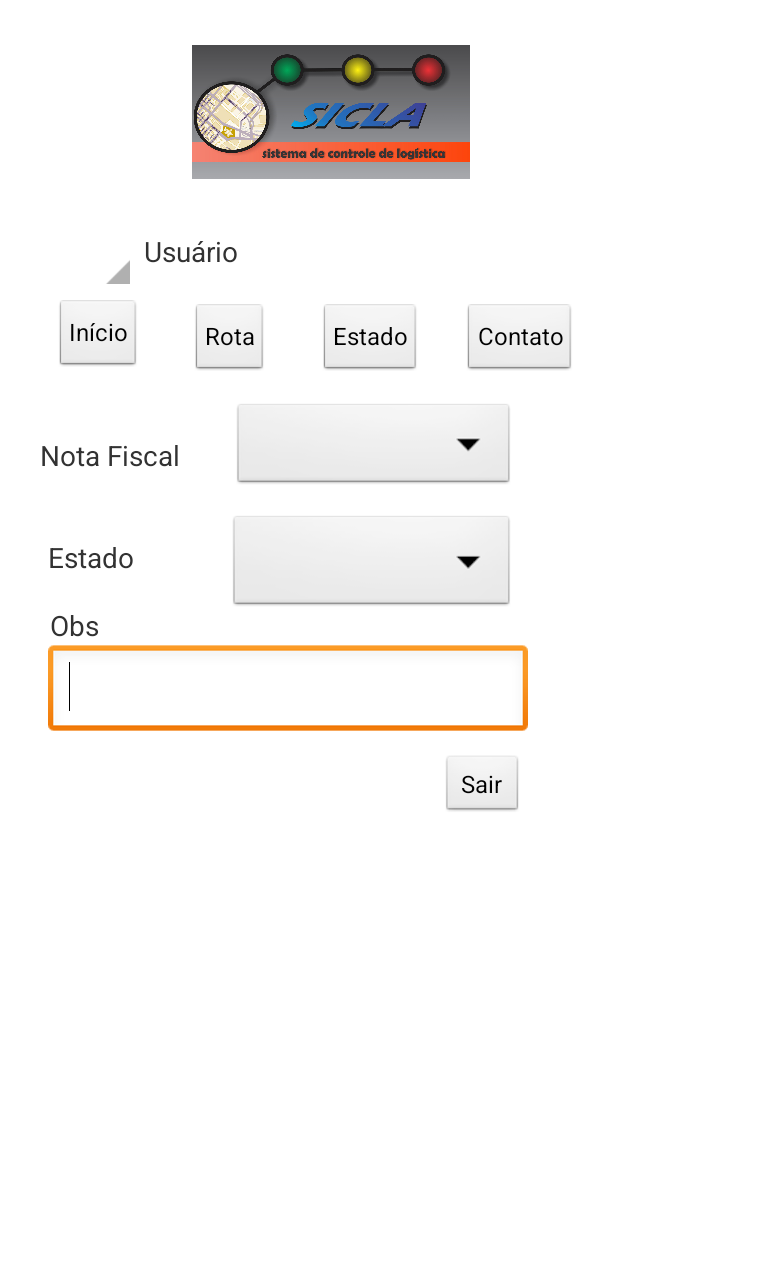
Repository: danielpedroza/SICLA
Layout: Sicla/res/layout/contatomotorista.xml
The author's editor kept a copy of each file at every save. The layout is drawn from the files as they stood at one save, then again after the next save.
It is drawn on a 768 x 1280 px phone screen (xhdpi) without system bars, with theme AppTheme; the app's code is not run.

Above is the layout before, as saved 2013-07-06 09:21:38.

After the next save:
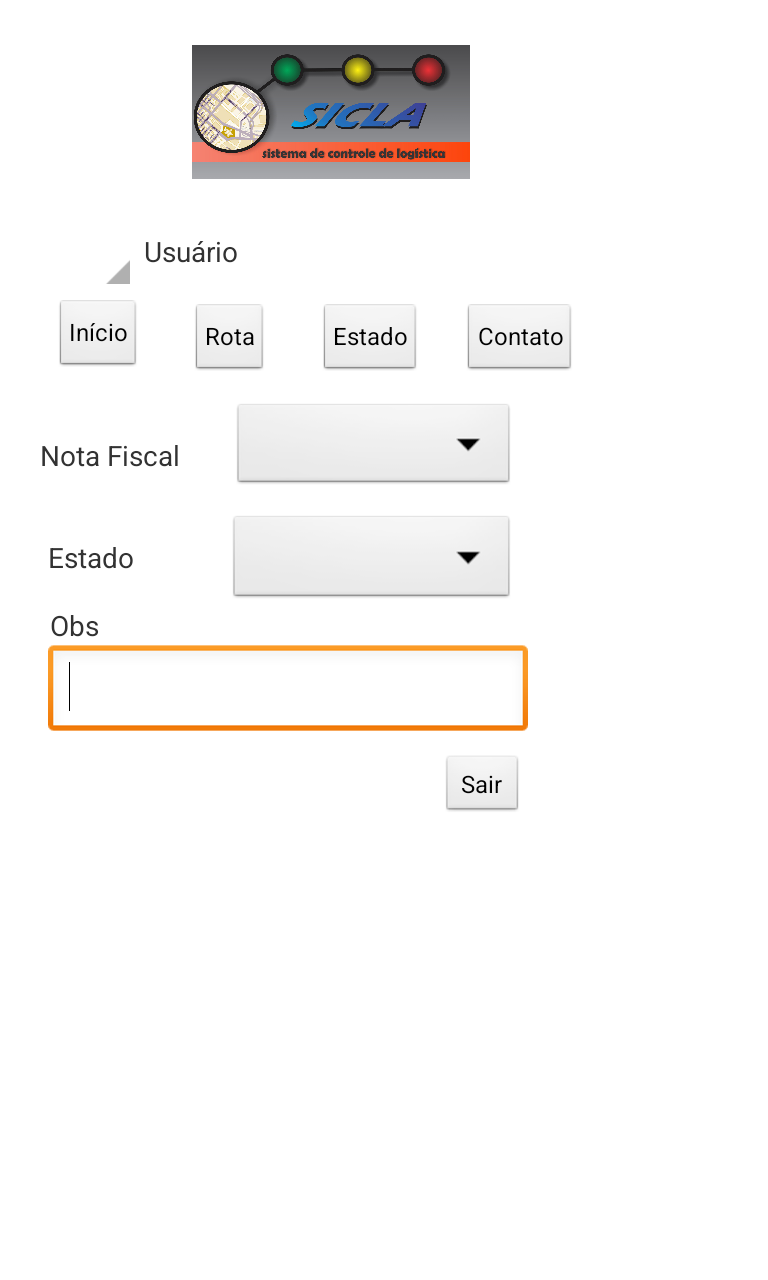
Saved 41 s later.
--- a/Sicla/res/layout/contatomotorista.xml
+++ b/Sicla/res/layout/contatomotorista.xml
@@ -97,7 +97,7 @@
         <Spinner
             android:id="@+id/Spinner01"
             android:layout_width="144dp"
-            android:layout_height="52dp"
+            android:layout_height="48dp"
             android:layout_x="98dp"
             android:layout_y="240dp" />
 
